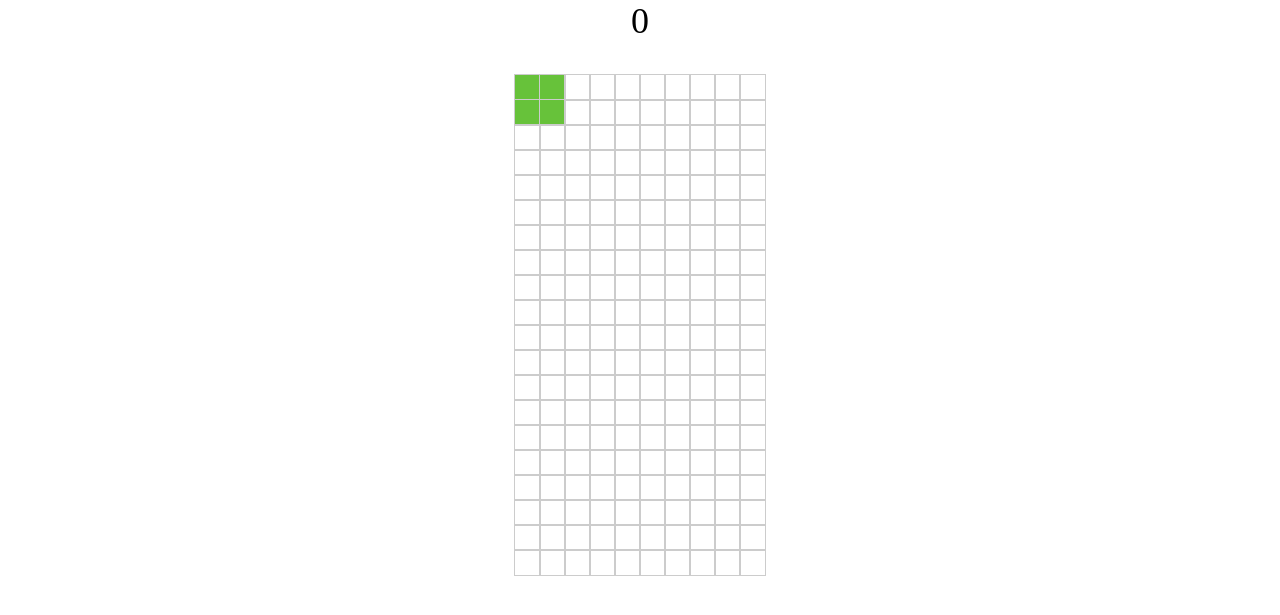
Repository: chlwpdnswku/tetris
Page: index.html
The author's editor kept a copy of each file at every save. The page is drawn from the files as they stood at one save, then again after the next save.
The browser window is 1280 px wide. The pictures show the whole page.

Above is the page before, as saved 2022-12-12 00:44:52.

After the next save:
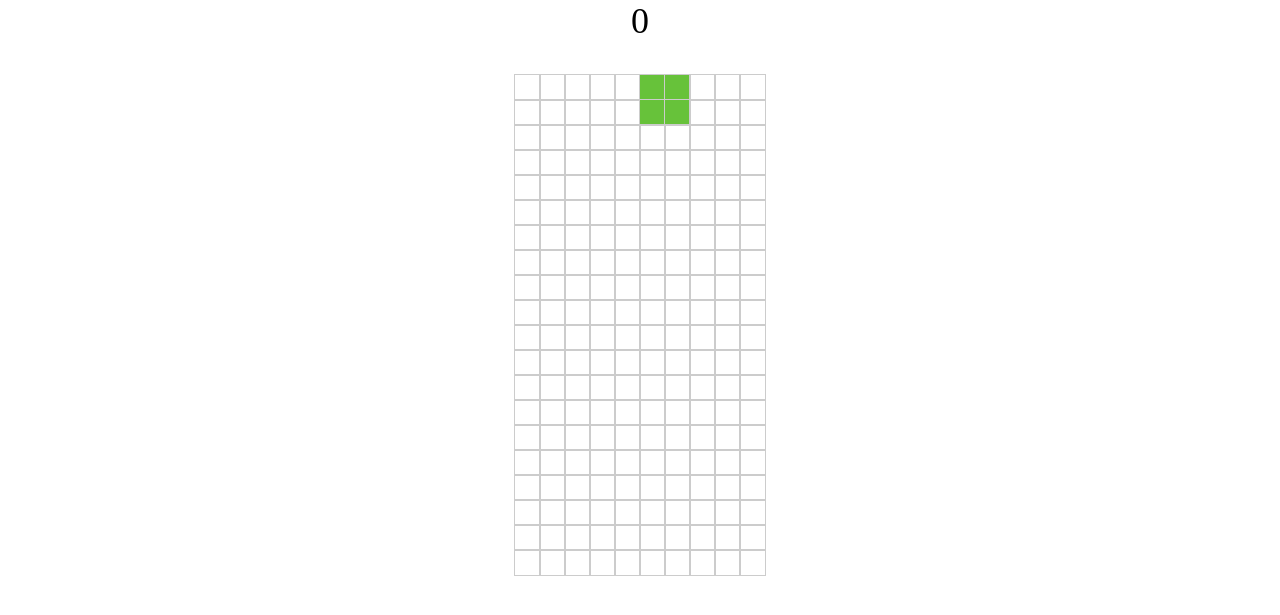
Saved 4 s later.
--- a/script.js
+++ b/script.js
@@ -30,8 +30,8 @@ const BLOCKS = {
 const movingItem = {
   type: 'tree',
   direction: 0,
-  top: 3,
-  left: 0,
+  top: 2,
+  left: 5,
 };
 
 // functions
